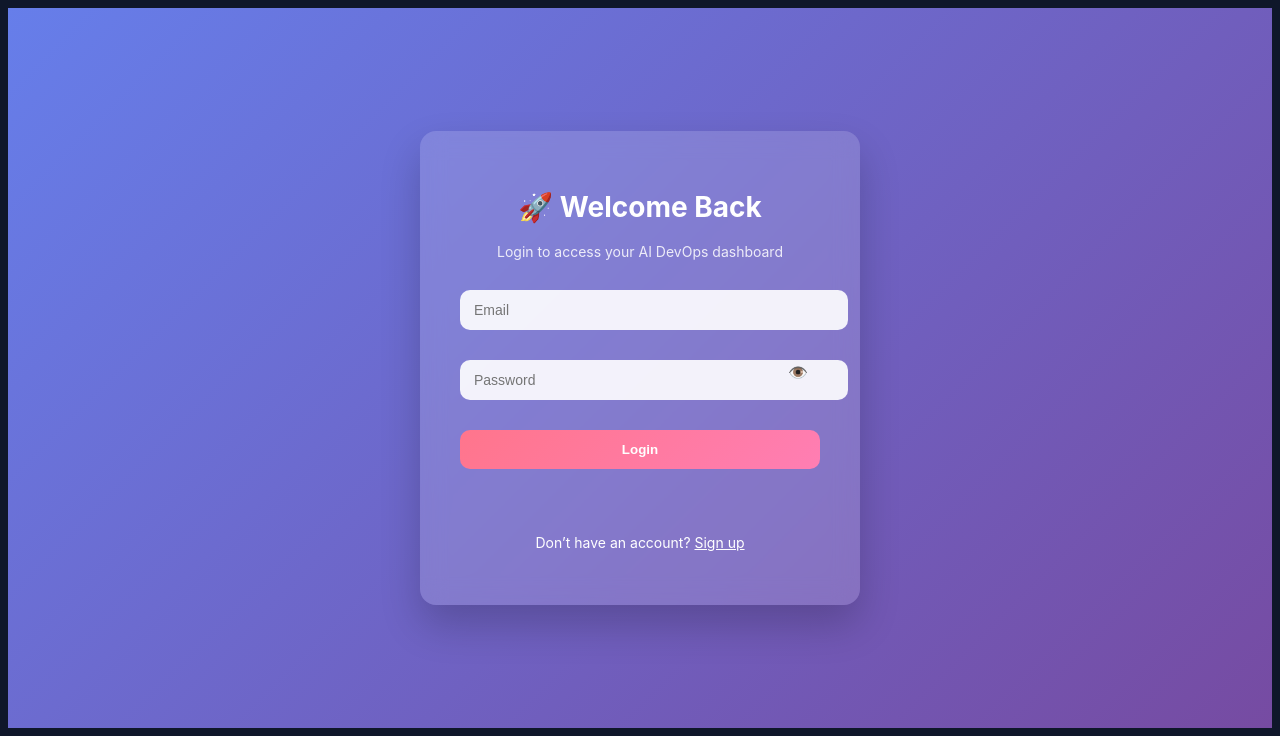
Repository: kundanchouhan12/DevX-Ai-Powered-Devops-Assistant-GenAi-LLM
Page: / (app in frontend/)
The author's editor kept a copy of each file at every save. The page is drawn from the files as they stood at one save, then again after the next save.
The browser window is 1280 px wide. The pictures show the whole page.
The page's requests for data from a server got no answer. The project was rebuilt for these pictures with package versions that can differ from the ones it lists, and the page was loaded fresh each time. No one was signed in, and anything a server would have sent is missing. Also part of the build but not shown: frontend/vite.config.js, frontend/src/pages/Home.jsx, frontend/src/pages/Dashboard.jsx, frontend/src/pages/Signup.jsx.

Above is the page before, as saved 2026-01-31 14:32:03.

### frontend/index.html
<!doctype html>
<html lang="en">
  <head>
    <meta charset="UTF-8" />
    <link rel="icon" type="image/svg+xml" href="/vite.svg" />
    <meta name="viewport" content="width=device-width, initial-scale=1.0" />
    <title>frontend-ai-devops-assistan</title>
  </head>
  <body>
    <div id="root"></div>
    <script type="module" src="/src/main.jsx"></script>
  </body>
</html>

### frontend/src/main.jsx
import { StrictMode } from "react";
import { createRoot } from "react-dom/client";
import { GoogleOAuthProvider } from "@react-oauth/google";
import "./index.css";
import App from "./App.jsx";

createRoot(document.getElementById("root")).render(
  <StrictMode>
    <GoogleOAuthProvider clientId="200054185384-tsv4osviaarpphfimoht1bc92qsh9ki8.apps.googleusercontent.com">
      <App />
    </GoogleOAuthProvider>
  </StrictMode>,
);

### frontend/src/index.css
body {
  font-family: system-ui, sans-serif;
  background: #0f172a;
  color: white;
}

.container {
  max-width: 900px;
  margin: auto;
  padding: 40px;
}

.card {
  background: #020617;
  padding: 20px;
  border-radius: 12px;
  margin-top: 20px;
}

input {
  width: 100%;
  padding: 12px;
  margin-top: 10px;
  border-radius: 8px;
  border: none;
}

button {
  margin-top: 10px;
  padding: 12px 20px;
  border-radius: 8px;
  border: none;
  background: #4f46e5;
  color: white;
  cursor: pointer;
}

.status {
  margin-top: 15px;
  font-size: 18px;
}

### frontend/src/App.jsx
import { BrowserRouter, Routes, Route } from "react-router-dom";
import Home from "./pages/Home";
import Dashboard from "./pages/Dashboard";
import Login from "./pages/Login";
import Signup from "./pages/Signup";
import PrivateRoute from "./components/PrivateRoute";

export default function App() {
  return (
    <BrowserRouter>
      <Routes>
        {/* Public routes */}
        <Route path="/login" element={<Login />} />
        <Route path="/signup" element={<Signup />} />

        {/* Protected routes */}
        <Route
          path="/"
          element={
            <PrivateRoute>
              <Home />
            </PrivateRoute>
          }
        />

        <Route
          path="/dashboard"
          element={
            <PrivateRoute>
              <Dashboard />
            </PrivateRoute>
          }
        />
        <Route
          path="/dashboard/:jobId"
          element={
            <PrivateRoute>
              <Dashboard />
            </PrivateRoute>
          }
        />
      </Routes>
    </BrowserRouter>
  );
}

### frontend/src/pages/Login.jsx
import { useState } from "react";
import { useNavigate } from "react-router-dom";
import { login, googleLogin } from "../services/api";
import { GoogleLogin } from "@react-oauth/google";

export default function Login() {
  const [email, setEmail] = useState("");
  const [password, setPassword] = useState("");
  const [showPassword, setShowPassword] = useState(false);
  const [error, setError] = useState("");
  const navigate = useNavigate();

  const handleLogin = async () => {
    setError("");

    if (!email) return setError("Email is required");
    if (!/\S+@\S+\.\S+/.test(email)) return setError("Invalid email");
    if (!password) return setError("Password is required");

    try {
      const res = await login(email, password);
      localStorage.setItem("token", res.data.token);
      navigate("/");
    } catch (err) {
      setError(err.response?.data?.error || "Login failed");
    }
  };

  return (
    <div style={pageStyle}>
      <div style={cardStyle}>
        <h1 style={titleStyle}>🚀 Welcome Back</h1>
        <p style={subtitleStyle}>Login to access your AI DevOps dashboard</p>

        {error && <p style={errorStyle}>{error}</p>}

        <input
          type="email"
          placeholder="Email"
          value={email}
          onChange={(e) => setEmail(e.target.value)}
          style={inputStyle}
        />

        <div style={passwordWrapper}>
          <input
            type={showPassword ? "text" : "password"}
            placeholder="Password"
            value={password}
            onChange={(e) => setPassword(e.target.value)}
            style={{ ...inputStyle, marginBottom: 0 }}
          />
          <span style={eyeStyle} onClick={() => setShowPassword(!showPassword)}>
            {showPassword ? "🙈" : "👁️"}
          </span>
        </div>

        <button style={buttonStyle} onClick={handleLogin}>
          Login
        </button>
        <GoogleLogin
          onSuccess={async (cred) => {
            try {
              const res = await googleLogin(cred.credential);
              localStorage.setItem("token", res.data.token);
              navigate("/");
            } catch (err) {
              setError("Google login failed");
            }
          }}
          onError={() => setError("Google login failed")}
          theme="outline"
          size="large"
          width="300"
        />

        <p style={footerText}>
          Don’t have an account?{" "}
          <span style={linkStyle} onClick={() => navigate("/signup")}>
            Sign up
          </span>
        </p>
      </div>
    </div>
  );
}
const pageStyle = {
  height: "100vh",
  display: "flex",
  justifyContent: "center",
  alignItems: "center",
  background: "linear-gradient(135deg, #667eea, #764ba2)",
  fontFamily: "Inter, sans-serif",
};

const cardStyle = {
  background: "rgba(255,255,255,0.15)",
  backdropFilter: "blur(12px)",
  padding: "40px",
  borderRadius: "16px",
  width: "360px",
  boxShadow: "0 20px 40px rgba(0,0,0,0.2)",
  textAlign: "center",
  color: "#fff",
};

const titleStyle = { fontSize: 28, fontWeight: 700 };
const subtitleStyle = { fontSize: 14, opacity: 0.85, marginBottom: 20 };

const inputStyle = {
  width: "100%",
  padding: "12px 14px",
  borderRadius: "10px",
  border: "none",
  outline: "none",
  fontSize: "14px",
  marginBottom: "20px",
  backgroundColor: "rgba(255,255,255,0.9)",
  color: "#000",
};

const passwordWrapper = {
  position: "relative",
  marginBottom: "20px",
};

const eyeStyle = {
  position: "absolute",
  right: 12,
  top: 12,
  cursor: "pointer",
};

const buttonStyle = {
  width: "100%",
  padding: "12px",
  borderRadius: "10px",
  border: "none",
  fontWeight: 600,
  cursor: "pointer",
  color: "#fff",
  background: "linear-gradient(135deg,#ff758c,#ff7eb3)",
  marginBottom: "10px",
};

const googleButton = {
  width: "100%",
  padding: "12px",
  borderRadius: "10px",
  border: "1px solid #ddd",
  background: "#fff",
  color: "#000",
  fontWeight: 600,
  cursor: "pointer",
};

const errorStyle = {
  color: "#ffb4b4",
  fontSize: 13,
  marginBottom: 10,
};

const footerText = { marginTop: 15, fontSize: 14 };
const linkStyle = { textDecoration: "underline", cursor: "pointer" };

### frontend/src/components/PrivateRoute.jsx
// frontend/src/components/PrivateRoute.jsx
import React from "react";
import { Navigate } from "react-router-dom";

const PrivateRoute = ({ children }) => {
  const token = localStorage.getItem("token");
  return token ? children : <Navigate to="/login" />;
};

export default PrivateRoute;

### frontend/src/services/api.js
import axios from "axios";

/**
 * Smart baseURL selection:
 * - ENV set → use it
 * - localhost → 127.0.0.1
 * - production → relative /api
 */
const getBaseURL = () => {
  if (import.meta.env.VITE_API_BASE_URL) {
    return import.meta.env.VITE_API_BASE_URL;
  } else if (window.location.hostname === "localhost") {
    return "http://127.0.0.1:5000/api";
  } else {
    return "/api";
  }
};

const api = axios.create({
  baseURL: getBaseURL(),
});

/* ======================
   JWT Interceptor
====================== */
api.interceptors.request.use(
  (config) => {
    const token = localStorage.getItem("token");
    if (token) {
      config.headers.Authorization = `Bearer ${token}`;
    }
    return config;
  },
  (error) => Promise.reject(error)
);

/* ======================
   Auth APIs
====================== */
export const signup = (email, password) =>
  api.post("/auth/signup", { email, password });

export const login = (email, password) =>
  api.post("/auth/login", { email, password });

export const googleLogin = (token) =>
  api.post("/auth/google", { token });

/* ======================
   Default export
====================== */
export default api;

After the next save:
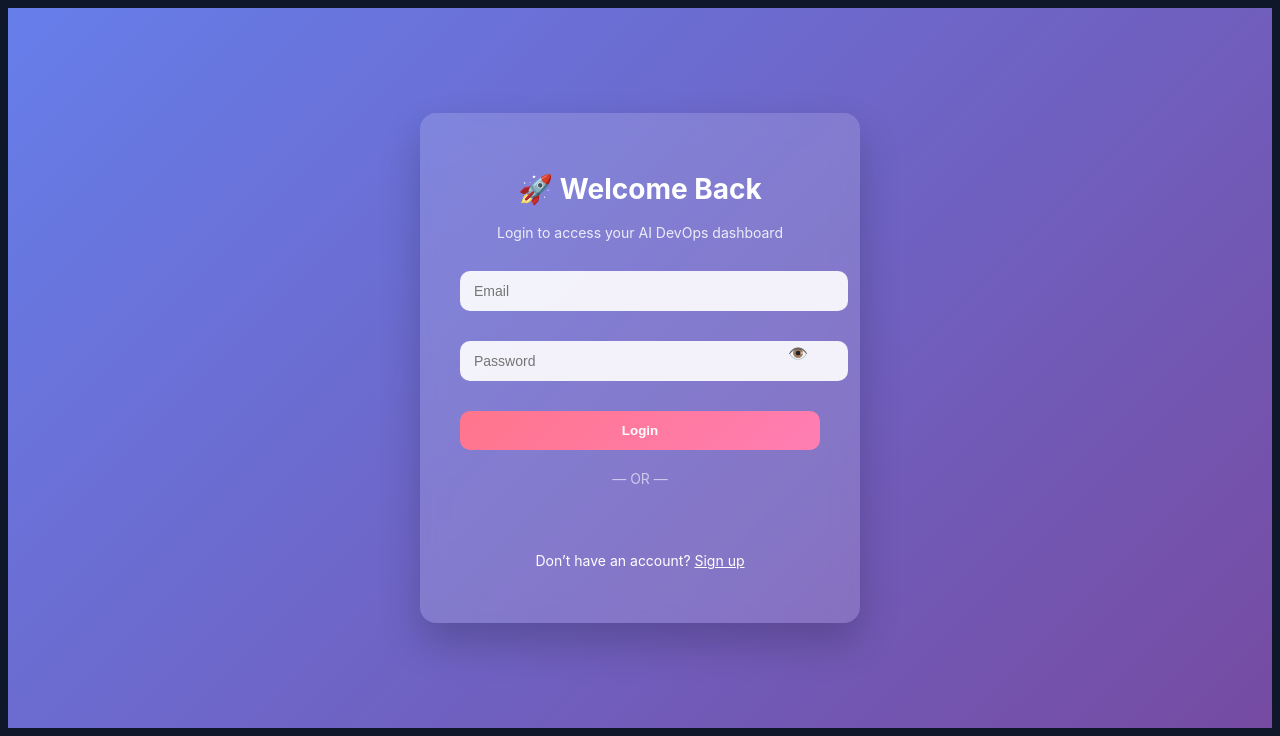
Saved 44 s later.
--- a/frontend/src/pages/Login.jsx
+++ b/frontend/src/pages/Login.jsx
@@ -58,21 +58,26 @@ export default function Login() {
         <button style={buttonStyle} onClick={handleLogin}>
           Login
         </button>
-        <GoogleLogin
-          onSuccess={async (cred) => {
-            try {
-              const res = await googleLogin(cred.credential);
-              localStorage.setItem("token", res.data.token);
-              navigate("/");
-            } catch (err) {
-              setError("Google login failed");
-            }
-          }}
-          onError={() => setError("Google login failed")}
-          theme="outline"
-          size="large"
-          width="300"
-        />
+
+        <div style={divider}>— OR —</div>
+
+        <div style={googleWrapper}>
+          <GoogleLogin
+            onSuccess={async (cred) => {
+              try {
+                const res = await googleLogin(cred.credential);
+                localStorage.setItem("token", res.data.token);
+                navigate("/");
+              } catch {
+                setError("Google login failed");
+              }
+            }}
+            onError={() => setError("Google login failed")}
+            theme="outline"
+            size="large"
+            width="300"
+          />
+        </div>
 
         <p style={footerText}>
           Don’t have an account?{" "}
@@ -84,6 +89,9 @@ export default function Login() {
     </div>
   );
 }
+
+/* ================= STYLES ================= */
+
 const pageStyle = {
   height: "100vh",
   display: "flex",
@@ -143,15 +151,16 @@ const buttonStyle = {
   marginBottom: "10px",
 };
 
-const googleButton = {
-  width: "100%",
-  padding: "12px",
-  borderRadius: "10px",
-  border: "1px solid #ddd",
-  background: "#fff",
-  color: "#000",
-  fontWeight: 600,
-  cursor: "pointer",
+const googleWrapper = {
+  display: "flex",
+  justifyContent: "center",
+  marginBottom: "5px",
+};
+
+const divider = {
+  margin: "10px 0",
+  opacity: 0.6,
+  fontSize: 14,
 };
 
 const errorStyle = {
